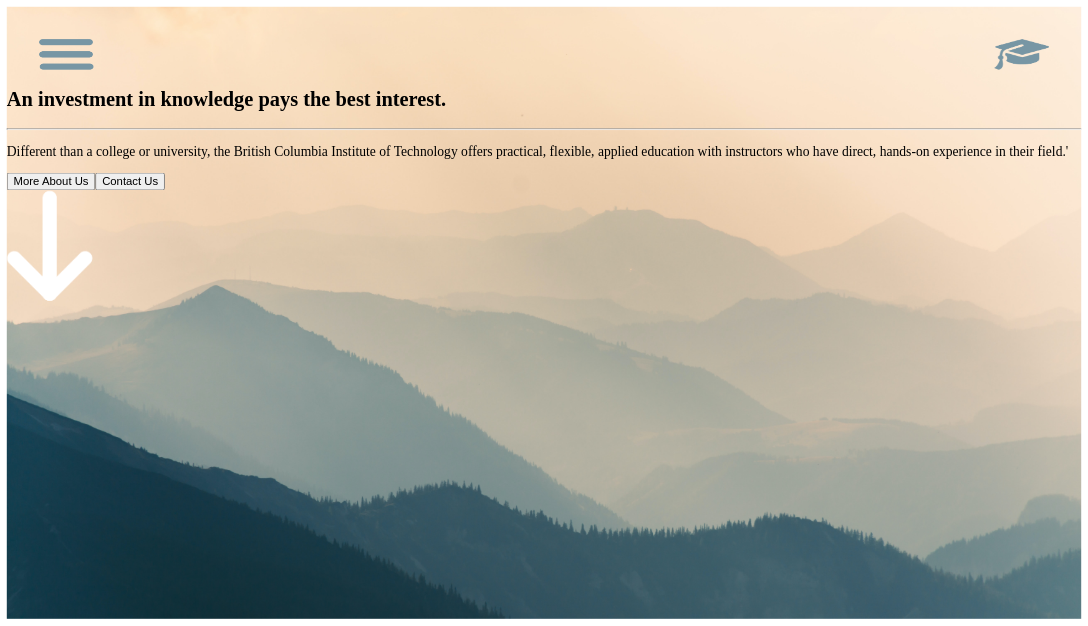
Repository: sierralaurent/MDIA2109-Assignment01
Page: /
An editor plug-in stored every save of this project. The page is shown before and after the next save, followed by the edit.
The browser window is 1280 px wide. The pictures show the whole page, at 85% of full size.
The project was rebuilt for these pictures with package versions that can differ from the ones it lists, and the page was loaded fresh each time. The framework's server and built-in components were replaced by stand-ins that run in the browser. Also part of the build but not shown: next.config.js.

Above is the page before, as saved 2023-02-01 16:11:46.

### pages/index.js
import Head from 'next/head'
import Image from 'next/image'
import { Inter } from '@next/font/google'
import styles from '@/styles/Home.module.css'
import Link from 'next/link'

const inter = Inter({ subsets: ['latin'] })

export default function Home() {
  return (
    <>
    <nav>
      <Head>
        <title>Home</title>
        <meta name="author" content="MDIA 2109" />
        <meta property="og:title" content="Assignment #1 - Home Page" />
        <meta property="og:description" content="BCIT Digital Design and Development Diploma" />
        <link rel="icon" href="/favicon.png" />
        </Head>
        <main className={styles.main} >
          <div className={styles.nav}>
            <img src="icons/menu-icon.png" className={styles.icon1}/>
            <img src="icons/graduation-hat.png" className={styles.icon2}/>
          </div>
          <div>
            <div className={styles.intro}>
            <h1>An investment in knowledge pays the best interest.</h1>
            <hr></hr>
            <p>Different than a college or university, the British Columbia Institute of Technology offers practical, flexible, applied education with instructors who have direct, hands-on experience in their field.'</p>
            </div>
            <div className={styles.buttons}>
            <Link href="/about">
          <button>More About Us</button>
        </Link>
        <Link href="/contact">
        <button>Contact Us</button>
        </Link>
            </div>
          </div>
          <div>
            <a href="/about">
              <span>
                <img
                src="icons/downwardArrow.png"
                />
              </span>
            </a>
          </div>
        </main>
    </nav>
    </>
  )
}

### styles/Home.module.css
.carouselImage {
  height: 200px;
  background-repeat: no-repeat;
  background-size: cover;
  display: flex;
  justify-content: center;
  align-items: center;
  margin: 40px 0px;
}
.main {
  background-image: url('../public/background-images/backgroundMountain.jpg');
  background-size: cover;
  height: 100vh;
}

.intro {

}

.buttons {

}

.hr {

}

.icon1 {
  width: 5vw;
  height: 5vh;
  float: left;
}
.icon2 {
  width: 5vw;
  height: 5vh;
  float: right;
}

.nav {
  padding: 3%;
}

Loaded but not shown: pages/_document.js (common file)

After the next save:
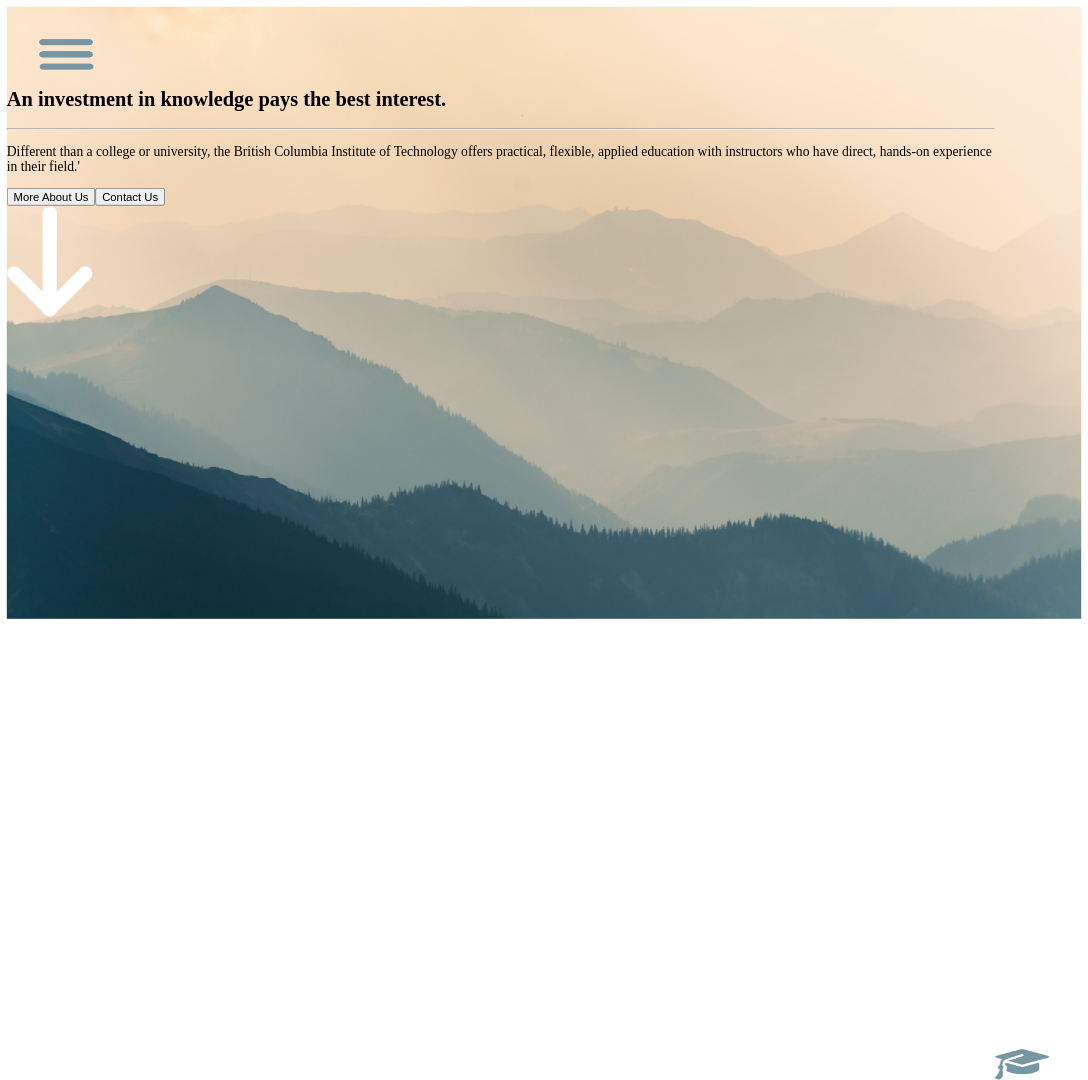
Saved 4 min 40 s later.
--- a/styles/Home.module.css
+++ b/styles/Home.module.css
@@ -35,6 +35,12 @@
   height: 5vh;
   float: right;
 }
+.icon2 {
+  width: 5vw;
+  height: 5vh;
+  float: right;
+  padding-top: 100%;
+}
 
 .nav {
   padding: 3%;

After the save that followed:
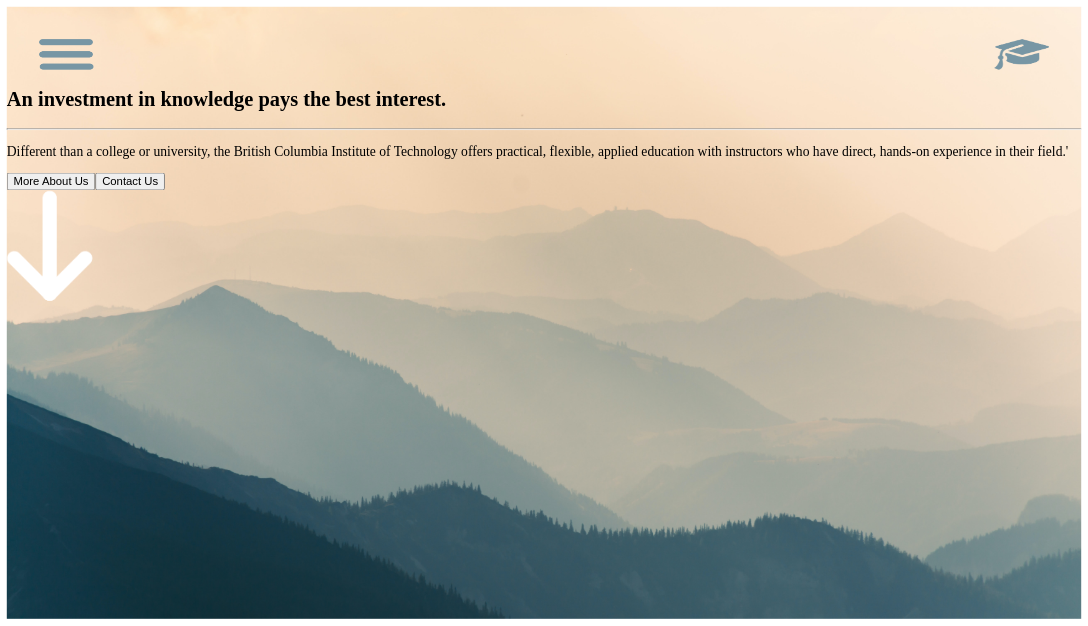
Saved 6 s later.
--- a/styles/Home.module.css
+++ b/styles/Home.module.css
@@ -35,7 +35,7 @@
   height: 5vh;
   float: right;
 }
-.icon2 {
+.icon3 {
   width: 5vw;
   height: 5vh;
   float: right;
